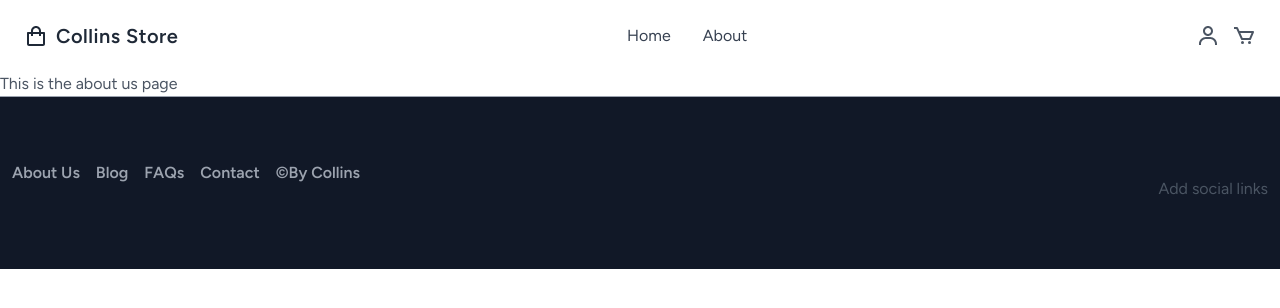
Repository: Collins145/e-commerce-website
Page: http://localhost/about
An editor plug-in stored every save of this project. The page is shown before and after the next save, followed by the edit.
The browser window is 1280 px wide. The pictures show the whole page.
The page is served by the project's Laravel application, run on PHP 8.4 with Laravel 10. Other server files are loaded and not shown. Style sheets and scripts are compiled from the project's sources, by tool versions that may differ from the author's.

Above is the page before, as saved 2023-06-17 19:53:04.

### routes/web.php
<?php

use App\Http\Controllers\ProfileController;
use Illuminate\Support\Facades\Route;
use App\Http\Controllers\SiteController;

/*
|--------------------------------------------------------------------------
| Web Routes
|--------------------------------------------------------------------------
|
| Here is where you can register web routes for your application. These
| routes are loaded by the RouteServiceProvider and all of them will
| be assigned to the "web" middleware group. Make something great!
|
*/

Route::get('/', [SiteController::class, 'index'])->name('home');
Route::get('about', [SiteController::class, 'about'])->name('about');
Route::get('footer', [SiteController::class, 'footer'])->name('footer');

Route::get('/dashboard', function () {
    return view('dashboard');
})->middleware(['auth', 'verified'])->name('dashboard');

Route::middleware('auth')->group(function () {
    Route::get('/profile', [ProfileController::class, 'edit'])->name('profile.edit');
    Route::patch('/profile', [ProfileController::class, 'update'])->name('profile.update');
    Route::delete('/profile', [ProfileController::class, 'destroy'])->name('profile.destroy');
});

require __DIR__.'/auth.php';

### app/Http/Controllers/SiteController.php
<?php

namespace App\Http\Controllers;

use Illuminate\Http\Request;

class SiteController extends Controller
{
    public function index() {
        return view('site.home');
    }

    public function about() {
        return view('site.about');
    }
    public function footer() {
        return view('site.footer');
    }
}

### resources/views/site/about.blade.php
@extends('layouts.site')
@section('content')
This is the about us page
@endsection

### resources/views/layouts/site.blade.php
<!DOCTYPE html>
<html lang="{{ str_replace('_', '-', app()->getLocale()) }}">
    <head>
        <meta charset="utf-8">
        <meta name="viewport" content="width=device-width, initial-scale=1">
        <meta name="csrf-token" content="{{ csrf_token() }}">

        <title>{{ config('app.name', 'Laravel') }}</title>

        <!-- Fonts -->
        <link rel="preconnect" href="https://fonts.bunny.net">
        <link href="https://fonts.bunny.net/css?family=figtree:400,500,600&display=swap" rel="stylesheet" />

        <!-- Scripts -->
        @vite(['resources/css/app.css', 'resources/js/app.js'])
    </head>
    <body class="bg-white text-gray-600 font-sans leading-normal text-base tracking-normal">
        <x-site.header/>
        @yield('content')
        <x-site.footer/>
    </body>
</html>

### resources/views/components/site/header.blade.php
    <nav id="header" class="w-full z-30 top-0 py-1">
        <div class="w-full container mx-auto flex flex-wrap items-center justify-between mt-0 px-6 py-3">

            <label for="menu-toggle" class="cursor-pointer md:hidden block">
                <svg class="fill-current text-gray-900" xmlns="http://www.w3.org/2000/svg" width="20" height="20" viewBox="0 0 20 20">
                    <title>menu</title>
                    <path d="M0 3h20v2H0V3zm0 6h20v2H0V9zm0 6h20v2H0v-2z"></path>
                </svg>
            </label>
            <input class="hidden" type="checkbox" id="menu-toggle" />

            <div class="">
                <a class="flex items-center tracking-wide no-underline hover:no-underline font-bold text-gray-800 text-xl " href="{{route('home')}}">
                    <svg class="fill-current text-gray-800 mr-2" xmlns="http://www.w3.org/2000/svg" width="24" height="24" viewBox="0 0 24 24">
                        <path d="M5,22h14c1.103,0,2-0.897,2-2V9c0-0.553-0.447-1-1-1h-3V7c0-2.757-2.243-5-5-5S7,4.243,7,7v1H4C3.447,8,3,8.447,3,9v11 C3,21.103,3.897,22,5,22z M9,7c0-1.654,1.346-3,3-3s3,1.346,3,3v1H9V7z M5,10h2v2h2v-2h6v2h2v-2h2l0.002,10H5V10z" />
                    </svg>
                    Collins Store
                </a>
            </div>

            <div class="hidden md:flex md:items-center md:w-auto w-full order-3 md:order-1" id="menu">
                <nav>
                    <ul class="md:flex items-center justify-between text-base text-gray-700 pt-4 md:pt-0">
                        <li><a class="inline-block no-underline hover:text-black hover:underline py-2 px-4" href="{{route('home')}}">Home</a></li>
                        <li><a class="inline-block no-underline hover:text-black hover:underline py-2 px-4" href="{{route('about')}}">About</a></li>
                    </ul>
                </nav>
            </div>

            <div class="order-2 md:order-3 flex items-center" id="nav-content">

                <a class="inline-block no-underline hover:text-black" href="#">
                    <svg class="fill-current hover:text-black" xmlns="http://www.w3.org/2000/svg" width="24" height="24" viewBox="0 0 24 24">
                        <circle fill="none" cx="12" cy="7" r="3" />
                        <path d="M12 2C9.243 2 7 4.243 7 7s2.243 5 5 5 5-2.243 5-5S14.757 2 12 2zM12 10c-1.654 0-3-1.346-3-3s1.346-3 3-3 3 1.346 3 3S13.654 10 12 10zM21 21v-1c0-3.859-3.141-7-7-7h-4c-3.86 0-7 3.141-7 7v1h2v-1c0-2.757 2.243-5 5-5h4c2.757 0 5 2.243 5 5v1H21z" />
                    </svg>
                </a>

                <a class="pl-3 inline-block no-underline hover:text-black" href="#">
                    <svg class="fill-current hover:text-black" xmlns="http://www.w3.org/2000/svg" width="24" height="24" viewBox="0 0 24 24">
                        <path d="M21,7H7.462L5.91,3.586C5.748,3.229,5.392,3,5,3H2v2h2.356L9.09,15.414C9.252,15.771,9.608,16,10,16h8 c0.4,0,0.762-0.238,0.919-0.606l3-7c0.133-0.309,0.101-0.663-0.084-0.944C21.649,7.169,21.336,7,21,7z M17.341,14h-6.697L8.371,9 h11.112L17.341,14z" />
                        <circle cx="10.5" cy="18.5" r="1.5" />
                        <circle cx="17.5" cy="18.5" r="1.5" />
                    </svg>
                </a>

            </div>
        </div>
    </nav>

### resources/views/components/site/footer.blade.php
    <footer class="max-w-8xl mx-auto bg-gray-900 py-8 border-t border-gray-400">
        <div class="flex px-3 py-8 ">
            <div class="w-full mx-auto flex flex-wrap">
                <div class="flex w-full lg:w-1/2 ">
                    <div class="flex gap-4 px-3 md:px-0">
                        <h3 class="font-bold text-gray-400">About Us</h3>
                        <h3 class="font-bold text-gray-400">Blog</h3>
                        <h3 class="font-bold text-gray-400">FAQs</h3>
                        <h3 class="font-bold text-gray-400">Contact</h3>
                        <h3 class="font-bold text-gray-400"><span>&copy<span>By Collins</h3>
                    </div>
                </div>
                <div class="flex w-full lg:w-1/2 lg:justify-end lg:text-right">
                    <div class="px-3 md:px-0">
                        <ul class="list-reset items-center pt-3">
                            <li>
                                <a class="inline-block no-underline hover:text-black hover:underline py-1" href="#">Add social links</a>
                            </li>
                        </ul>
                    </div>
                </div>
            </div>
        </div>
    </footer>

Loaded but not shown: routes/auth.php (common file); app/Http/Controllers/Auth/EmailVerificationPromptController.php (common file); app/Http/Controllers/Controller.php (common file); app/Http/Controllers/Auth/VerifyEmailController.php (common file); resources/css/app.css (common file); tailwind.config.js (common file); resources/js/app.js (common file); resources/js/bootstrap.js (common file)

After the next save:
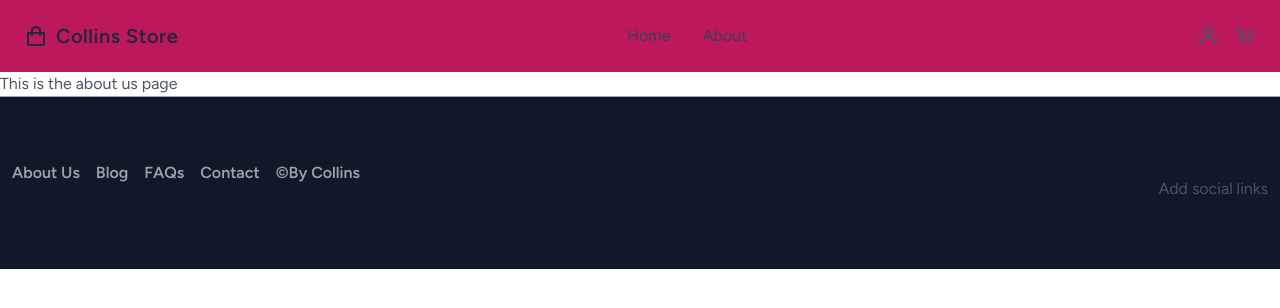
Saved 9 min 16 s later.
--- a/resources/views/components/site/header.blade.php
+++ b/resources/views/components/site/header.blade.php
@@ -1,4 +1,4 @@
-    <nav id="header" class="w-full z-30 top-0 py-1">
+    <nav id="header" class="w-full z-30 top-0 py-1 bg-pink-700">
         <div class="w-full container mx-auto flex flex-wrap items-center justify-between mt-0 px-6 py-3">
 
             <label for="menu-toggle" class="cursor-pointer md:hidden block">
